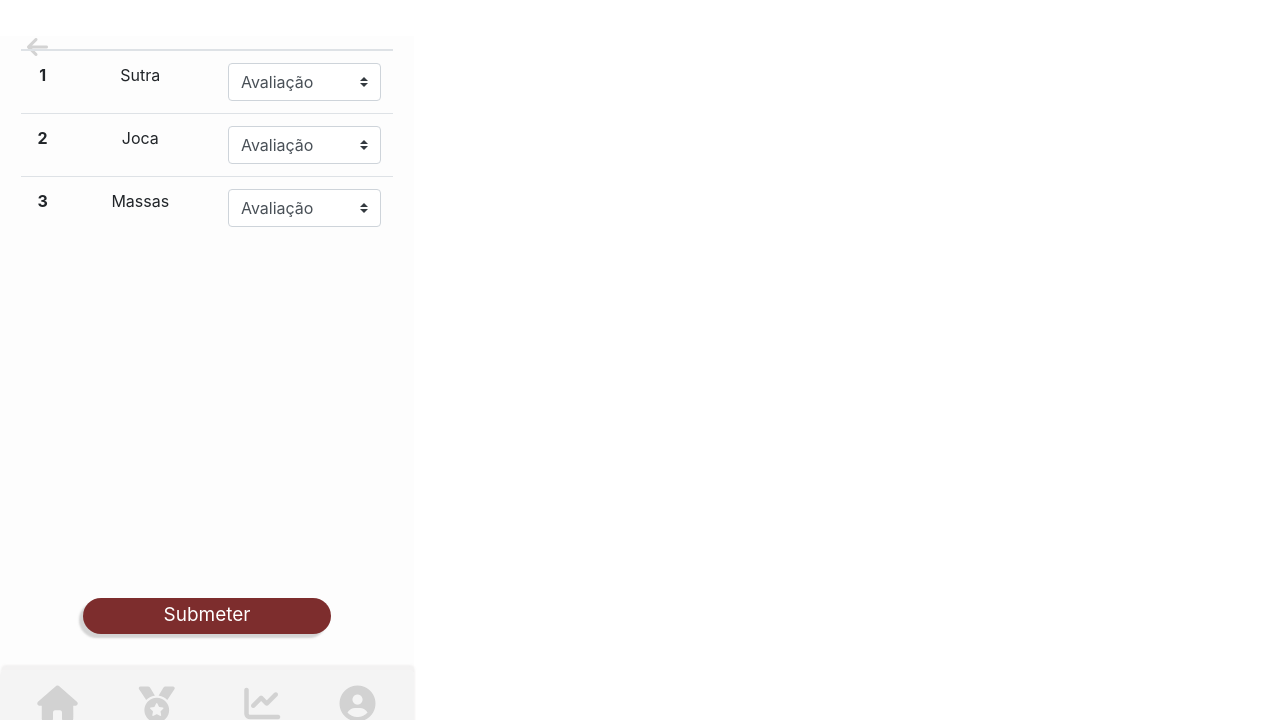
Repository: grupodetrabalhoeficiente/D213
Page: D213/Frontend/AvaliarOperacionais.html
The author's editor kept a record of every edit. The page is drawn from the files as they stood at one moment, then again after the next edit.
The browser window is 1280 px wide. The pictures show the whole page.
Some web libraries are served in a nearby version.

Above is the page before.

After the next edit:
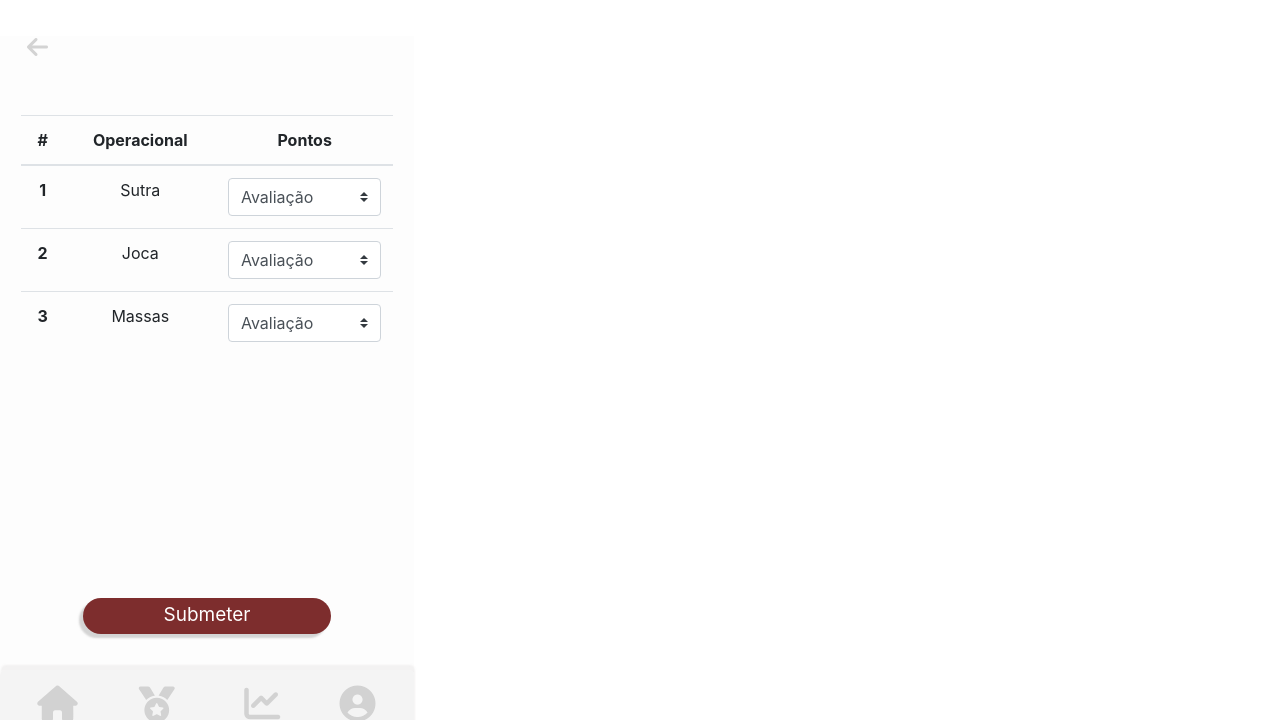
The edit:
--- a/D213/Frontend/AvaliarOperacionais.html
+++ b/D213/Frontend/AvaliarOperacionais.html
@@ -17,7 +17,7 @@
         <span class="title">Avaliar Operacionais</span>
     </nav>
      <a><i id="goBack"class="fas fa-arrow-left fa-2x"></i></a>
-     <form id="formAvaliar">
+
     <div class="AvaliarDiv">
         <form id="formAvaliar">
         <table class="table">
